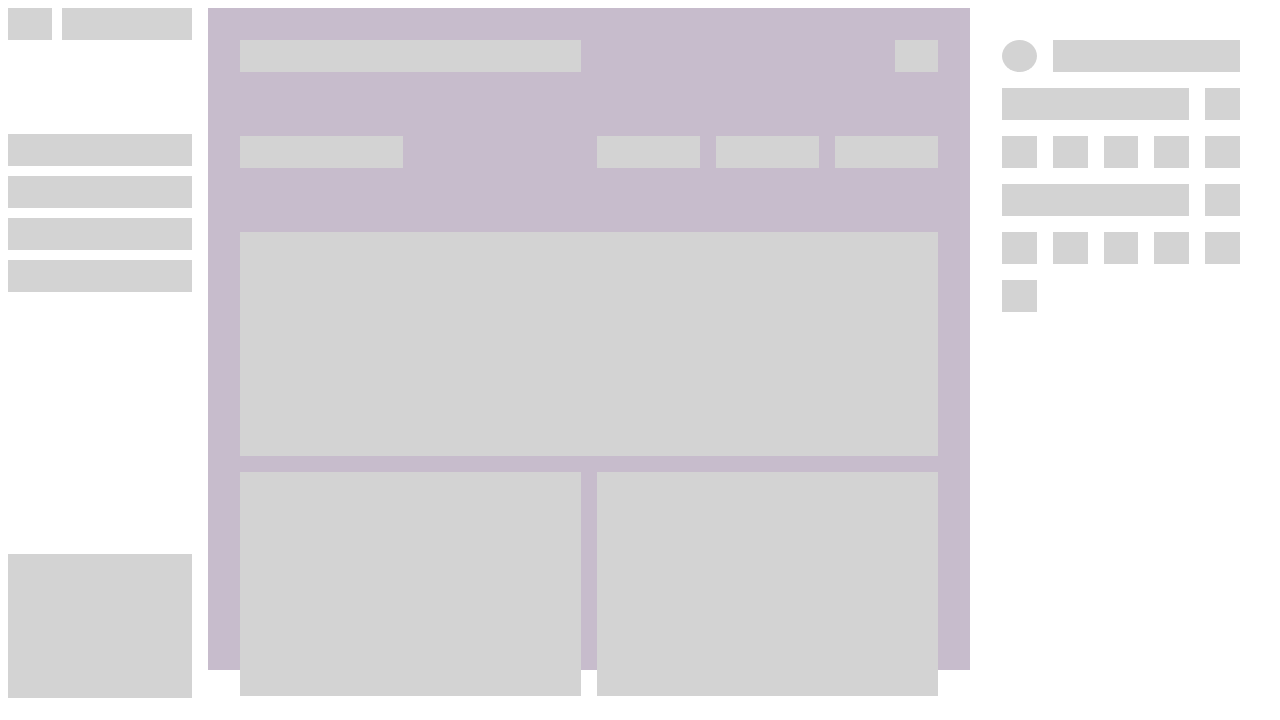
Repository: tr2cky/exercise2
Page: index.html
These files come from the project's save history. The page is drawn as it stood at one moment and after the next save; the edit follows.
The browser window is 1280 px wide. The pictures show the whole page.

Above is the page before, as saved 2022-10-01 19:05:25.

After the next save:
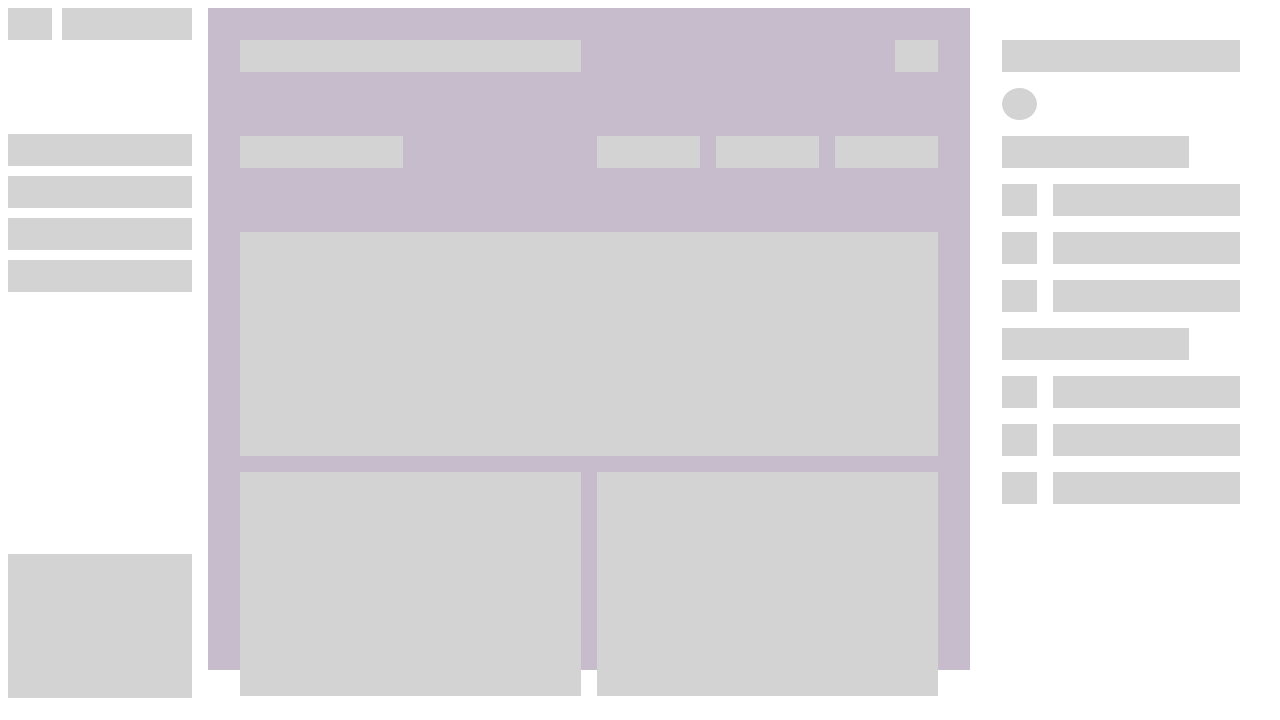
Saved 3 min 34 s later.
--- a/style.css
+++ b/style.css
@@ -117,3 +117,13 @@ main div,
 #box23, #box30 {
     grid-column: 1/5
 }
+#box24, #box26, #box28, #box31, #box33, #box35 {
+    grid-column: 1;
+}
+#box25, #box27, #box29, #box32, #box34, #box36 {
+    grid-column: 2/6;
+}
+#box37 {
+    grid-column: 1/6;
+    grid-row-end: span3;
+}
